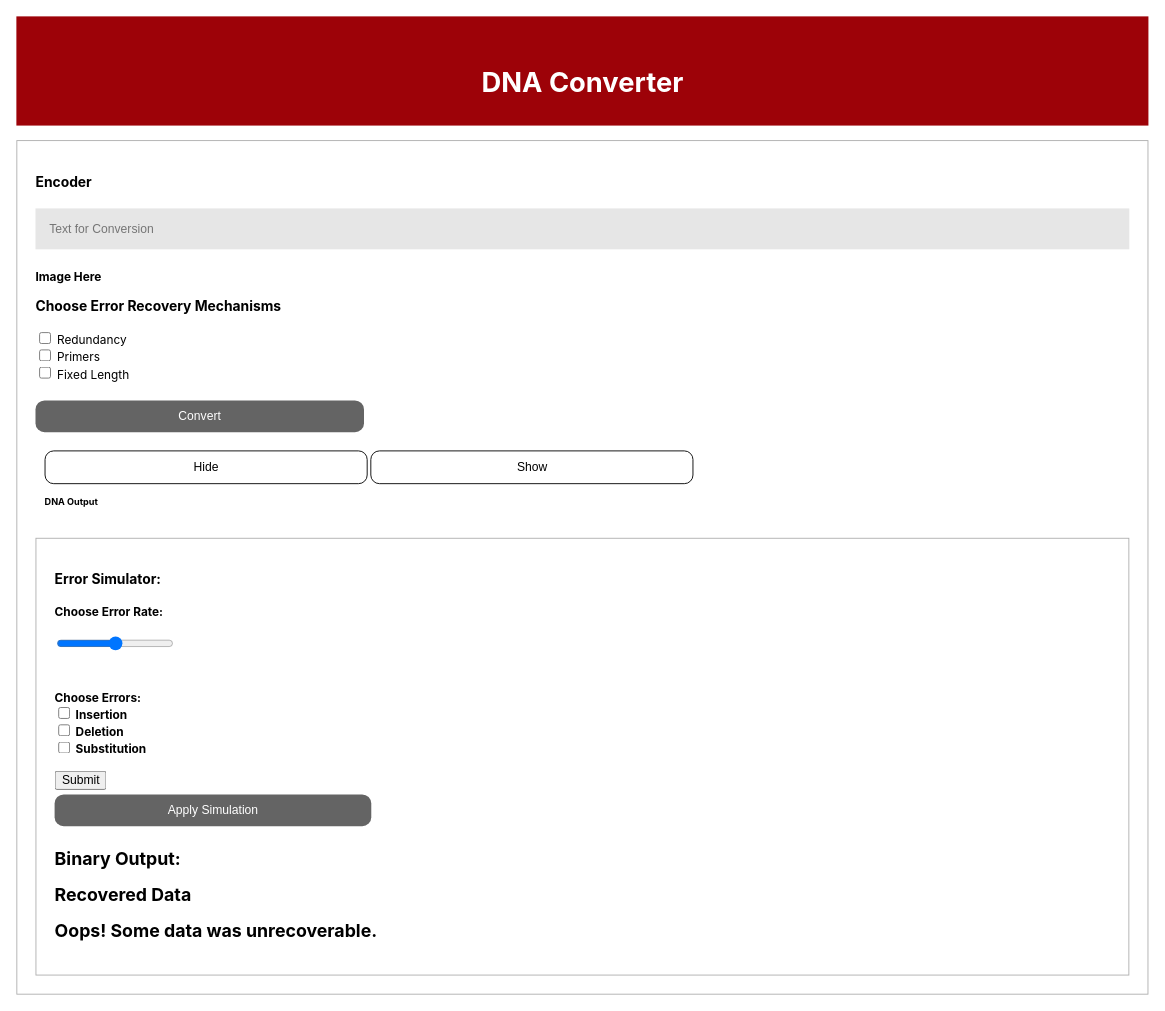
Repository: komalharjani/MSc-Thesis-DNA-Storage
Page: index.html
The author's editor kept a copy of each file at every save. The page is drawn from the files as they stood at one save, then again after a run of saves.
The browser window is 1280 px wide. The pictures show the whole page, at 91% of full size.

Above is the page before, as saved 2020-08-16 22:40:09.

### index.html
<!DOCTYPE html>
<html lang="en">

<head>
    <link href="index.css" rel="stylesheet">
    <meta charset="UTF-8">
    <meta name="viewport" content="width=device-width, initial-scale=1.0">
    <title>Document</title>
    <script src="https://ajax.googleapis.com/ajax/libs/jquery/3.5.1/jquery.min.js"></script>
</head>

<body>
    <div id="LoginPage">
        <div class="header"><br>
            <h2> DNA Converter </h2>
        </div><br>

        <div class="loginContainer">
            <h3>Encoder</h3>
            <input type="text" placeholder="Text for Conversion" id="textToConvert" required class="input">
            <label for="text"><b>Image Here</b></label>
            <h3>Choose Error Recovery Mechanisms</h3>
            <form>
                <input type="checkbox" id="vehicle1" name="vehicle1" value="Bike">
                <label for="vehicle1"> Redundancy </label><br>
                <input type="checkbox" id="vehicle2" name="vehicle2" value="Car">
                <label for="vehicle2"> Primers </label><br>
                <input type="checkbox" id="vehicle3" name="vehicle3" value="Boat">
                <label for="vehicle3"> Fixed Length</label><br><br>
            </form>
            <button onclick="onSubmit()" id="submit">Convert</button><br>

            <div class="row">
                <div class="column">
                    <button class="btnn" id="hide">Hide</button>
                <button class="btnn" id="show">Show</button>
                  <h2>DNA Output</h2>
                  <p id="dnaOutput"></p>
            </div>

            <script>
                $(document).ready(function(){
                  $("#hide").click(function(){
                    $("p").hide();
                  });
                  $("#show").click(function(){
                    $("p").show();
                  });
                });
                </script>

        </div><br>
        <div class="loginContainer">
            <h3>Error Simulator:</h3>
            <h4>Choose Error Rate:</h4>
            <input type="range" name="rangeInput" min="0" max="10" onchange="updateTextInput(this.value);">
            <input type="number" id="textInput" value="" class="range" max="10"><br>
            <h4>Choose Errors:</h4<br>
                <form>
                    <input type="checkbox" id="vehicle1" name="vehicle1" value="Bike">
                    <label for="vehicle1"> Insertion </label><br>
                    <input type="checkbox" id="vehicle2" name="vehicle2" value="Car">
                    <label for="vehicle2"> Deletion </label><br>
                    <input type="checkbox" id="vehicle3" name="vehicle3" value="Boat">
                    <label for="vehicle3"> Substitution </label><br><br>
                    <input type="submit" value="Submit">
                </form>
                <button onclick="" id="error">Apply Simulation</button><br>
                <!--Take Error Rate from On Submit-->
                <h2>Binary Output:</h2>
                <h2>Recovered Data</h2>
                <h2>Oops! Some data was unrecoverable. </h2>
        </div>
    </div>

</body>
<script src="index.js"></script>

</html>

### index.css
body {
    background-color:white;
    resize: both;
    overflow: auto;
}

.labelText {
  width: 100%;
  padding: 15px;
  margin: 5px 0 22px 0;
  display: inline-block;
  border: none;
  background: #cacaca;
}

.search {
  width: 30%;
  padding: 15px;
  margin: 5px 0 22px 0;
  display: inline-block;
  border: none;
  background: #e6e6e6;
}

.runBtn {
  background-color: #000000;
  border: 1px solid #ffffff;
  color: rgb(255, 255, 255);
  padding: 14px 20px;
  margin-top: 5px;
  margin-bottom: 5px;
  margin-right: 2px;
  margin-left: 0;
  border: none;
  cursor: pointer;
  width: 100%;
  opacity: 0.9;
  font-size: 15px;
}

#map{
  height: 400px;
  width: 100%;
}

#profile {
  border-radius: 50%;
}

.profile {
    padding: 10px;
    text-align: center;
    height: auto;
}

/* Full-width input fields */
.input {
  width: 100%;
  padding: 15px;
  margin: 5px 0 22px 0;
  display: inline-block;
  border: none;
  background: #e6e6e6;
}

.range {
  margin: 5px 0 22px 0;
  display: inline-block;
  border: none;
  text-align: right;
}

li {
  width: 100%;
  padding: 15px;
  margin: 5px 0 22px 0;
  display: inline-block;
  border: none;
  background: #cacaca;
}

ul {
  padding: 0;
}


/* Add a background color when the inputs get focus */
input[type=text]:focus, input[type=password]:focus {
  background-color: rgb(184, 184, 184);
  outline: none;
}

/* button {
  background-color: #000000;
  color: rgb(255, 255, 255);
  padding: 14px 20px;
  margin: 8px;
  border: none;
  cursor: pointer;
  width: 30%;
  opacity: 0.9;
  border-radius: 20px;
} */

.loginContainer {
  width: 100%;
  float: center;
  padding: 20px;
  border: 0.5px solid #afafaf;
  height: auto;

}

.row:after {
  content: "";
  display: table;
  clear: both;
}

.column {
  float: left;
  width: 100%;
  padding: 10px;
  height: auto;
  font-size: 5pt;
  word-break:break-all;
}

.btnn {
  color:black;
  background-color: white;
  border-color: black;
  border-style: solid;
  border-width: 1px;
}

/* Set a style for all buttons */
.button {
  color: rgb(255, 255, 255);
  padding: 10px;
  width: 100%;
  border-radius: 10px;
}

button {
  background-color: rgb(100, 100, 100);
  color: rgb(255, 255, 255);
  padding: 10px;
  width: 30%;
  margin-top: 5px;
  margin-bottom: 5px;
  margin-right: 2px;
  margin-left: 0;
  border: none;
  border-radius: 10px;
}

button:hover {
  opacity: 0.8;
}

/* Extra styles for the cancel button */
.cancelbtn {
  padding: 14px 20px;
  background-color: whitesmoke;
}

/* Float cancel and signup buttons and add an equal width */
.cancelbtn, .signupbtn {
  float: right;
  width: 100%;
}


/* Style the horizontal ruler */
hr {
  border: 1px solid #f1f1f1;
  margin-bottom: 25px;
}

/* Change styles for cancel button and signup button on extra small screens */
@media screen and (max-width: 300px) {
  .cancelbtn, .signupbtn {
     width: 100%;
  }
}
/* OLD BELOW!!!!! */

* {
    box-sizing: border-box;
  }

  /* Add a gray background color with some padding */
  body {
    font-family: -apple-system, BlinkMacSystemFont, 'Segoe UI', Roboto, Oxygen, Ubuntu, Cantarell, 'Open Sans', 'Helvetica Neue', sans-serif;
    padding: 10px;
    background: #ffffff;
    font-size: 13px;
  }
  table {
    font-family: arial, sans-serif;
    border-collapse: collapse;
    width: 100%;
  }

  td, th {
    border: 1px solid #dddddd;
    text-align: left;
    padding: 8px;
  }

  tr:nth-child(even) {
    background-color: #dddddd;
  }
  /* Header Title */
  .header {
    padding: 5px;
    font-size: 20px;
    text-align: center;
    background: #9d0208;
    color: white;
  }

  .login {
    width:300px;
    height:500px;
    position: fixed;
    top: 50%;
    left: 50%;
    margin-top: -125px;
    margin-left: -150px;
  }

  /* Split Screen into Columns */

  .rightcolumn {
    float: right;
    width: 50%;
    padding: 10px;
  }

  .leftcolumn {
    float: left;
    width: 20%;
    padding: 10px;
    background-color: rgb(255, 255, 255);
  }

  .left {
    float: right;
    width: 50%;
    background-color: rgb(255, 255, 255);
  }

  .right {
    float: right;
    width: 50%;
    background-color: rgb(255, 255, 255);
  }

  .centercolumn {
    float: left;
    width: 80%;
    padding: 10px;
    background-color: rgb(255, 255, 255);
  }

  .title {
    color: grey;
    font-size: 18px;
  }

  .rightcolumn {
    float: left;
    width: 30%;
    padding: 10px;
    background-color: rgb(255, 255, 255);
  }

  .box {
    background-color: rgb(255, 255, 255);
    width: 100%;
    padding: 15px;
  }


  .card {
     background-color: whitesmoke;
     padding: 15px;
  }

  .row:after {
    content: "";
    display: table;
    clear: both;
  }

  /* Footer */
  .footer {
    padding: 20px;
    text-align: center;
    background: #ddd;
    margin-top: 20px;
  }

  /* Responsive layout - when the screen is less than 800px wide, make the two columns stack on top of each other instead of next to each other */
  @media screen and (max-width: 800px) {
    .leftcolumn, .rightcolumn {
      width: 100%;
      padding: 0;
    }
  }

  tr:nth-child(even) {
    background-color: #3b37377c;
  }

  button:hover {
    opacity:1;
  }

  /* Extra styles for the cancel button */
  .cancelbtn {
    padding: 14px 20px;
    background-color: #000000;
  }

  /* Float cancel and signup buttons and add an equal width */
  .cancelbtn, .signupbtn {
    float: right;
    width: 100%;
  }

  .containerForm {
    width: 50%;
    float: left;
    padding: 10px;
    background-color: rgb(255, 255, 255);
  }

  /* Add padding to container elements */
  .container {
    width: 100%;
    float: left;
    padding: 10px;
    background-color: rgb(255, 255, 255);
  }

  #result {
    color: red;
  }

  .submitComment {
    background-color: white;
    color: black;
    border: 1px solid #888;
    width: 100%;
    float: right;
  }

  .submitComment :hover {
    background-color: rgb(138, 138, 138);
  }

  .readMore {
    background-color: rgb(216, 216, 216);;
    color: black;
    width: 40%;
    margin: 5px;
  }

  .logoutBtn {
    color: white;
    background-color: #9d0208 ;
    border: 1px solid rgb(255, 255, 255);
    margin: 10px;
  }

  .logoutBtn:hover {
    opacity: 0.7;
  }

  .register {
    color: black;
    background-color: white ;
    border: 1px solid rgb(255, 255, 255);
    margin: 10px;
    opacity: 0.8;
  }

  .register:hover {
    opacity: 1;
  }

  .runPostsStyle {
    background-color: rgb(255, 255, 255);
    padding: 20px;
    border-radius: 10px;
    margin-top: 20px;
    width: 100%;
    overflow: hidden;
    border: 1px solid rgb(0, 0, 0);
    columns: 2;
  }



  .commentPost {
    background-color: whitesmoke;
    padding: 20px;
    border-radius: 10px;
    margin-top: 20px;
    width: 100%;
    overflow: hidden;
  }

  .mapStyle {
    background-color: rgb(94, 0, 0);
    border-radius: 10px;
    width: 40%;
    height: 100px;
    border:solid black;
  }

  /* The Modal (background) */
  .modal {
    display: none; /* Hidden by default */
    position: fixed; /* Stay in place */
    left: 0;
    top: 0;
    width: 100%; /* Full width */
    height: 100%; /* Full height */
    overflow: auto; /* Enable scroll if needed */
    background-color:rgb(255, 255, 255);
    padding: 20px;
  }

  /* Modal Content/Box */
  .modal-content {
    background-color: #ffffff;
    margin: 5% auto 15% auto; /* 5% from the top, 15% from the bottom and centered */
    border: 1px solid #888;
    width: 80%; /* Could be more or less, depending on screen size */
  }

  .postTitle {
    font-size: 20px;
    font-weight: bold;
    color: #9d0208;
  }

  .dateDisplay {
    font-size: 20px;
    font-weight: bold;
  }

  .toFrom {
    font-size: 14px;
    font-weight: bold;
  }

  /* Style the horizontal ruler */
  hr {
    border: 1px solid #f1f1f1;
    margin-bottom: 25px;
  }

  /* The Close Button (x) */
  .close {
    position: absolute;
    right: 35px;
    top: 15px;
    font-size: 40px;
    font-weight: bold;
    color: #000000;
  }

  .close:hover,
  .close:focus {
    color: #ff8484;
    cursor: pointer;
  }

  /* Clear floats */
  .clearfix::after {
    content: "";
    clear: both;
    display: table;
  }

  /* Change styles for cancel button and signup button on extra small screens */
  @media screen and (max-width: 300px) {
    .cancelbtn, .signupbtn {
       width: 100%;
    }
  }

  .dropbtn {
    background-color: #E6E6E6;
    color: rgb(85, 85, 85);
    padding: 16px;
    font-size: 16px;
    border: none;
    width: 100px;
    cursor: pointer;
  }

  .dropbtn:hover, .dropbtn:focus {
    background-color: rgb(187, 187, 187);
  }

  .dropdown {
    position: relative;
    display: inline-block;
  }

  .dropdown-content {
    display: none;
    position: absolute;
    background-color: #f1f1f1;
    min-width: 160px;
    overflow: auto;
    box-shadow: 0px 8px 16px 0px rgba(0,0,0,0.2);
    z-index: 1;
  }

  .dropdown-content a {
    color: black;
    padding: 12px 16px;
    text-decoration: none;
    display: block;
  }

  .dropdown a:hover {background-color: #ddd;}

  .show {display: block;}

Loaded but not shown: index.js (370 lines, source omitted)

After the next 2 saves:
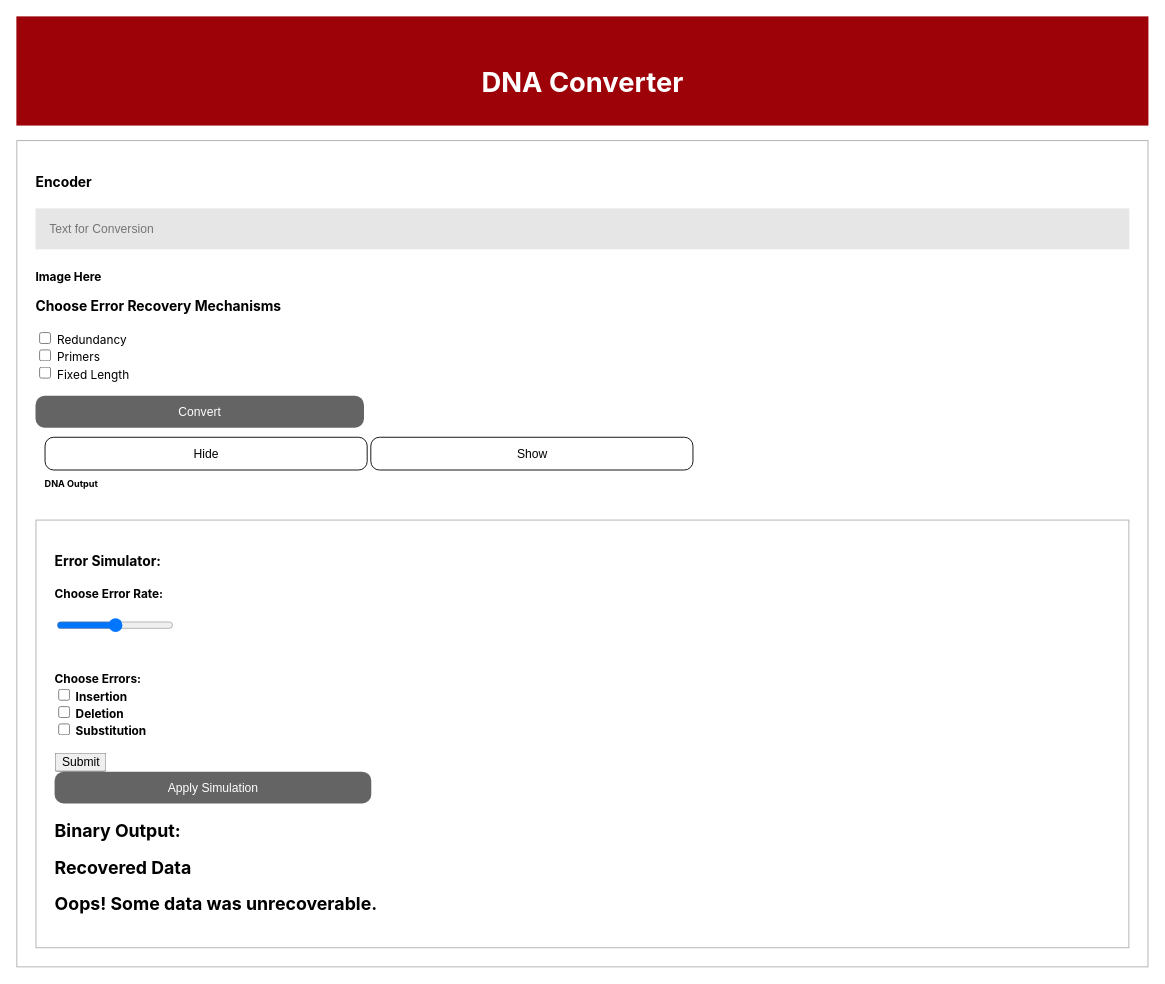
The 2 saves are shown as one change because they came seconds apart.
The last was saved 19 s later.
--- a/index.css
+++ b/index.css
@@ -147,8 +147,6 @@
   color: rgb(255, 255, 255);
   padding: 10px;
   width: 30%;
-  margin-top: 5px;
-  margin-bottom: 5px;
   margin-right: 2px;
   margin-left: 0;
   border: none;

After the 4 saves that followed:
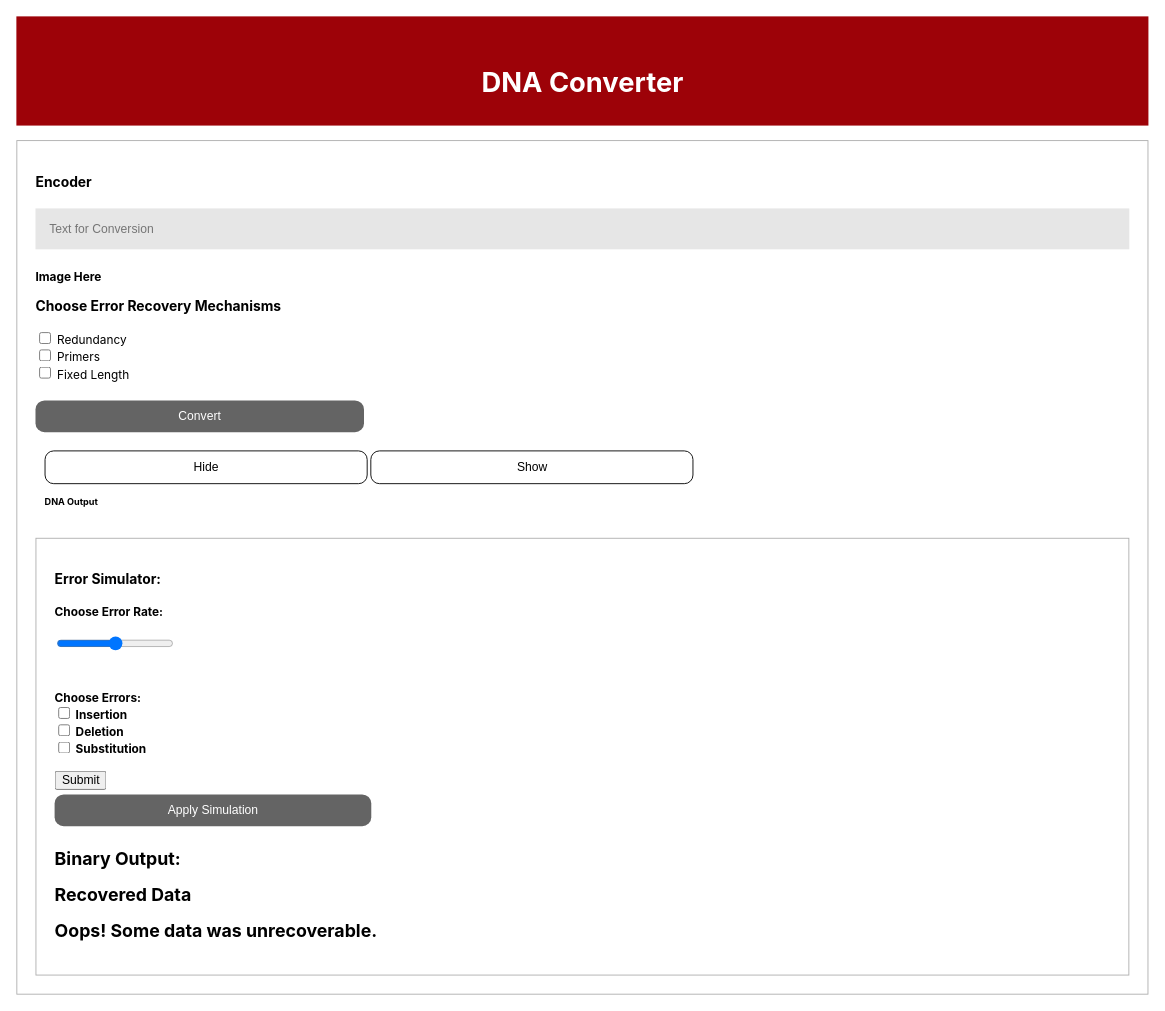
The 4 saves are shown as one change because they came seconds apart.
The last was saved 11 s later.
--- a/index.css
+++ b/index.css
@@ -147,6 +147,8 @@
   color: rgb(255, 255, 255);
   padding: 10px;
   width: 30%;
+  margin-top: 5px;
+  margin-bottom: 5px;
   margin-right: 2px;
   margin-left: 0;
   border: none;
